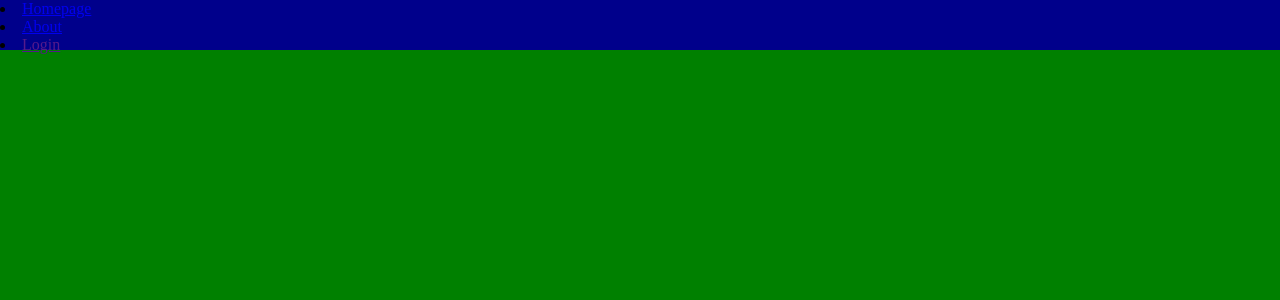
Repository: LauLupu/Progetto
Page: http://localhost/
An editor plug-in stored every save of this project. The page is shown before and after the next save, followed by the edit.
The browser window is 1280 px wide. The pictures show the whole page.
The page is served by the project's Laravel application, run on PHP 8.4 with Laravel 8. Other server files are loaded and not shown.

Above is the page before, as saved 2021-08-14 03:58:05.

### routes/web.php
<?php

use App\Http\Controllers\inventoryController;
use Illuminate\Support\Facades\Route;

/*
|--------------------------------------------------------------------------
| Web Routes
|--------------------------------------------------------------------------
|
| Here is where you can register web routes for your application. These
| routes are loaded by the RouteServiceProvider within a group which
| contains the "web" middleware group. Now create something great!
|
*/

Route::get('/', function () {
    return view('navbar');
});

Route::get('list',[inventoryController::class,'show']);


Route::get('/dashboard', function () {
    return view('dashboard');
})->middleware(['auth'])->name('dashboard');

require __DIR__.'/auth.php';

### resources/views/navbar.blade.php
<!DOCTYPE html>
<html lang="en">
<head>
    <meta charset="UTF-8">
    <meta http-equiv="X-UA-Compatible" content="IE=edge">
    <meta name="viewport" content="width=device-width, initial-scale=1.0">
    <title>Document</title>
</head>
<style>
    body {
        background-color: green;
        margin: 0px;
    }
    .navbar {
        width: 100%;
        height: 50px;
        background-color: darkblue;
    }
    .navbar ol {
        display: flex;
        flex-direction: row;
    }
</style>
<body>
<nav class="navbar">
    <li><a href="/">Homepage</a></li>
    <li><a href="/">About</a></li>
    <li><a href="">Login</a></li>
</nav>
</body>
</html>

Loaded but not shown: routes/auth.php (common file)

After the next save:
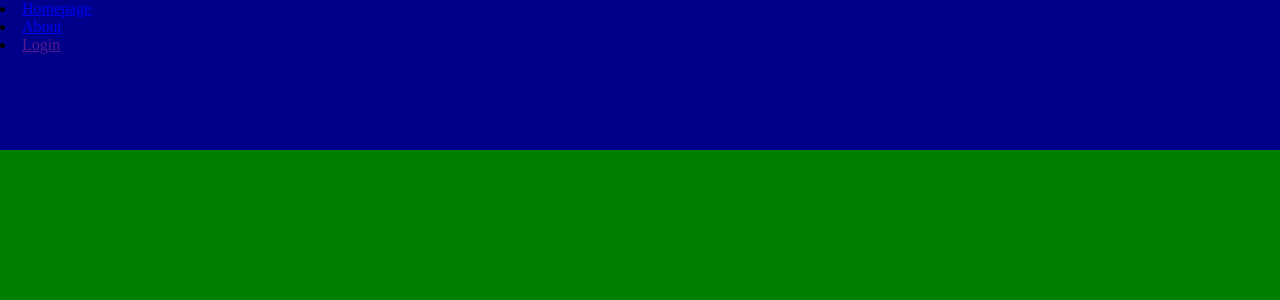
Saved 6 s later.
--- a/resources/views/navbar.blade.php
+++ b/resources/views/navbar.blade.php
@@ -13,7 +13,7 @@
     }
     .navbar {
         width: 100%;
-        height: 50px;
+        height: 150px;
         background-color: darkblue;
     }
     .navbar ol {
